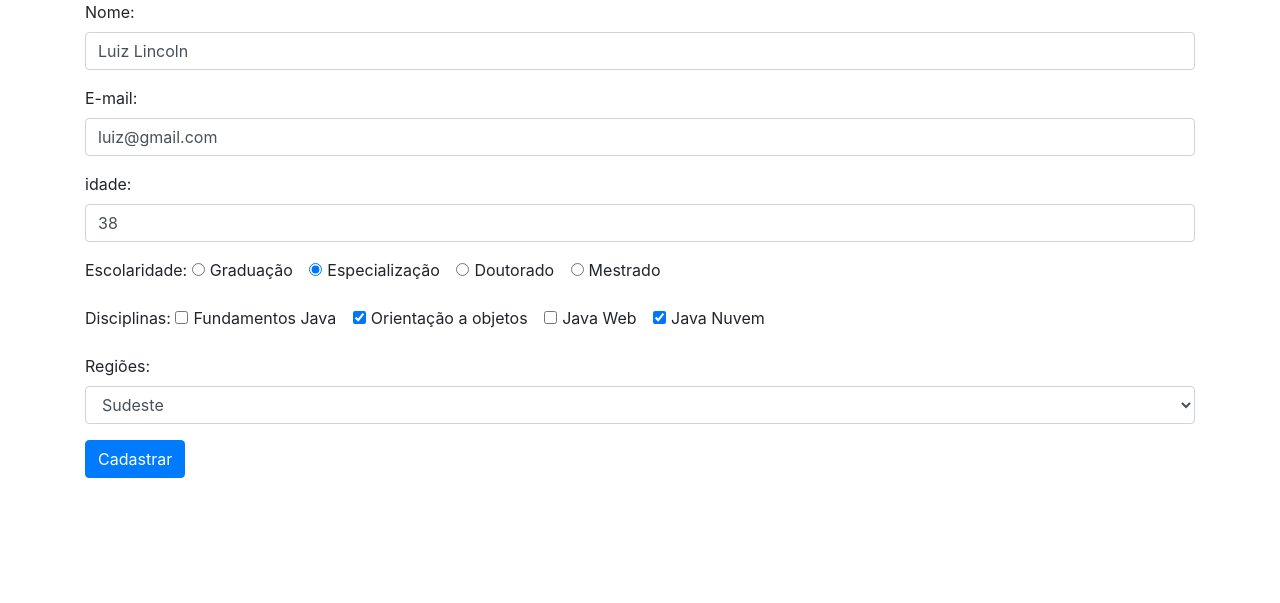
Repository: luizlav001/AT_Java_Web
Page: App2021/WebContent/home.html
An editor plug-in stored every save of this project. The page is shown before and after the next save, followed by the edit.
The browser window is 1280 px wide. The pictures show the whole page.

Above is the page before, as saved 2021-11-19 00:54:57.

### App2021/WebContent/home.html
<!DOCTYPE html>
<html>
<head>
<meta charset="ISO-8859-1">
<title>App2021</title>
<link rel="stylesheet" href="https://maxcdn.bootstrapcdn.com/bootstrap/4.5.2/css/bootstrap.min.css">
</head>
<body>

	<div class="container">
		<form action="aluno" method="post">
			<div class="form-group">
				<label>Nome:</label>
				<input value="Luiz Lincoln" type="text" class="form-control" placeholder="Entre com seu nome" name="name">
			</div>

			<div class="form-group">
				<label>E-mail:</label>
				<input value="luiz@gmail.com"  type="email"class="form-control" placeholder="Entre com seu email"name="email">
			</div>

			<div class="form-group">
				<label>idade:</label>
				<input value="38" type="text" class="form-control" placeholder="Entre com sua idade" name="idade">
			</div>

			<div class="form-group">
				<label>Escolaridade:</label>
				<div class="form-check-inline">
				  <label class="form-check-label">
				   <input type="radio" name="escolaridade" class="form-check-input" value="G">Graduação
				  </label>
				</div>

				<div class="form-check-inline">
				  <label class="form-check-label">
				   <input checked type="radio" name="escolaridade" class="form-check-input" value="E">Especialização
				  </label>
				</div>

				<div class="form-check-inline">
				  <label class="form-check-label">
				   <input type="radio" name="escolaridade" class="form-check-input" value="D">Doutorado
				  </label>
				</div>

				<div class="form-check-inline">
				  <label class="form-check-label">
				   <input type="radio" name="escolaridade" class="form-check-input" value="M">Mestrado
				  </label>
				</div>
			</div>

			<div class="form-group">
					<label>Disciplinas:</label>
				<div class="form-check-inline">
				  <label class="form-check-label">
				   <input type="checkbox" name="disciplinas" class="form-check-input" value="Fun">Fundamentos Java
				  </label>
				</div>

				<div class="form-check-inline">
				  <label class="form-check-label">
				   <input checked type="checkbox" name="disciplinas" class="form-check-input" value="POO">Orientação a objetos
				  </label>
				</div>

				<div class="form-check-inline">
				  <label class="form-check-label">
				   <input type="checkbox" name="disciplinas" class="form-check-input" value="Web">Java Web
				  </label>
				</div>

				<div class="form-check-inline">
				  <label class="form-check-label">
				   <input checked type="checkbox" name="disciplinas" class="form-check-input" value="Nuvem">Java Nuvem
				  </label>
				</div>
			</div>

			<div class="form-group">
				<label>Regiões:</label>
					<select class="form-control" name="regiao">
						<option value="S">Sul</option>
						<option selected value="Su">Sudeste</option>
						<option value="N">Norte</option>
						<option value="No">Nordeste</option>
						<option value="C">Centro-Oeste</option>
					</select>
			</div>
					<button class="btn btn-primary" type="submit">Cadastrar</button>
		</form>
	</div>
</body>
</html>

After the next save:
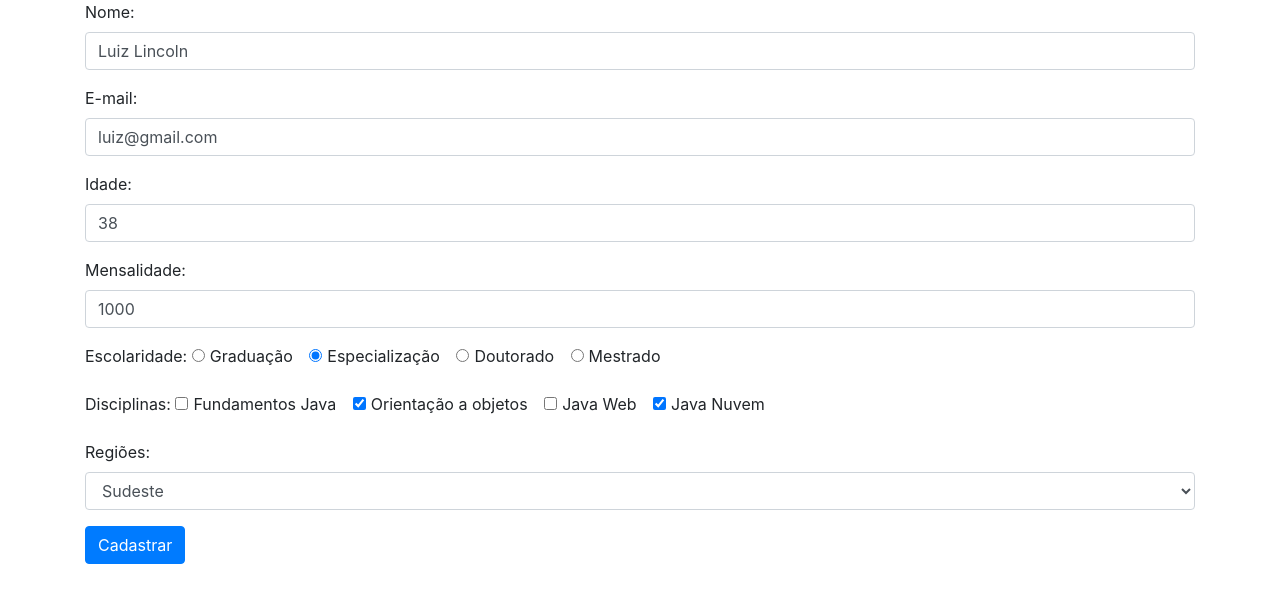
Saved 62 s later.
--- a/App2021/WebContent/home.html
+++ b/App2021/WebContent/home.html
@@ -20,8 +20,13 @@
 			</div>
 
 			<div class="form-group">
-				<label>idade:</label>
+				<label>Idade:</label>
 				<input value="38" type="text" class="form-control" placeholder="Entre com sua idade" name="idade">
+			</div>
+
+			<div class="form-group">
+				<label>Mensalidade:</label>
+				<input value="1000" type="text" class="form-control" placeholder="Entre com sua mensalidade" name="mensalidade">
 			</div>
 
 			<div class="form-group">
